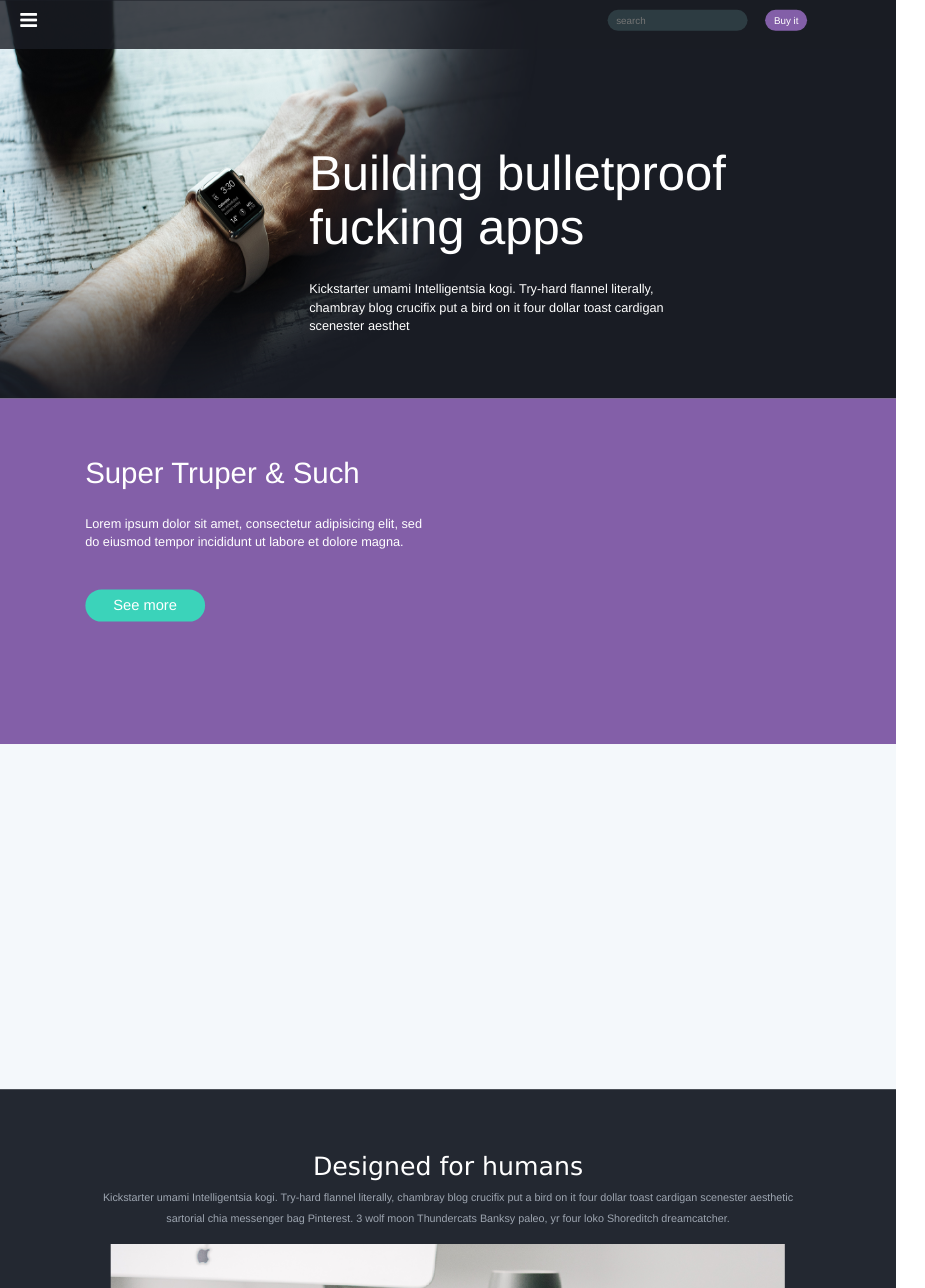
Repository: KatarzynaOwczarska/Tork
Page: Tork/WebContent/index.html
The author's editor kept a copy of each file at every save. The page is drawn from the files as they stood at one save, then again after the next save.
The browser window is 1280 px wide. The page is 1321 px wide, so the pictures cover 1321 px, including what lies to the right of the window. The pictures show the part of the page from y = 0 to 1840 px (the page is 4699 px tall), at 70% of full size.
Backgrounds fixed to the window are drawn as part of the page.

Above is the page before, as saved 2017-02-06 13:53:00.

After the next save:
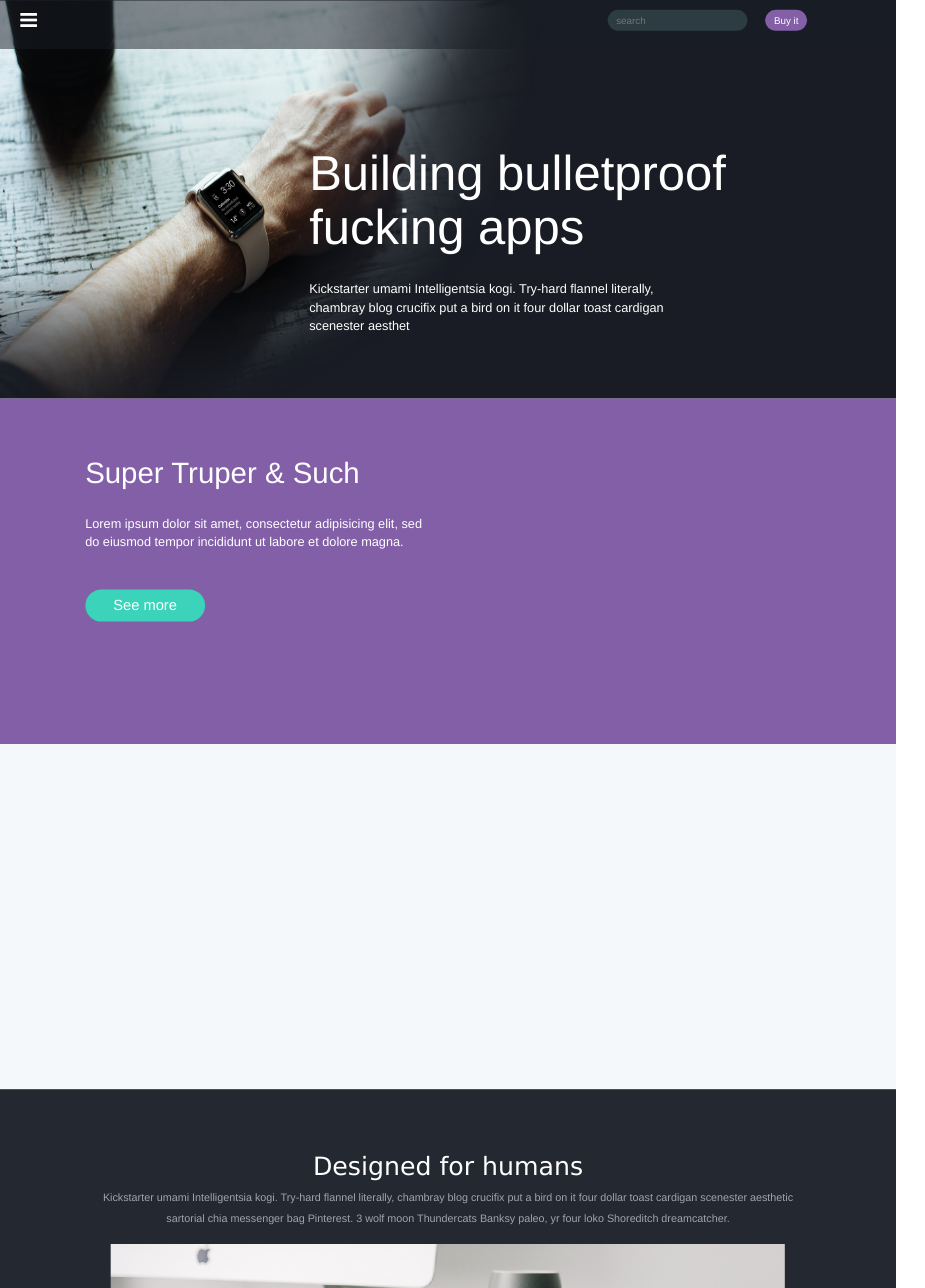
Saved 16 s later.
--- a/Tork/WebContent/css/style.css
+++ b/Tork/WebContent/css/style.css
@@ -11,7 +11,7 @@
 header {
 	height: 70px;
 	background-color: transparent;
-  	background-color: rgba(25, 28, 36, 0.8);  /* FF3+, Saf3+, Opera 10.10+, Chrome, IE9 */
+  	background-color: rgba(25, 28, 36, 0.5);  /* FF3+, Saf3+, Opera 10.10+, Chrome, IE9 */
   	filter: progid:DXImageTransform.Microsoft.gradient(startColorstr=#3332FA32,endColorstr=#3332FA32); /* IE6&#8211;IE9 */
   	zoom: 1;
   	width: 100%;
